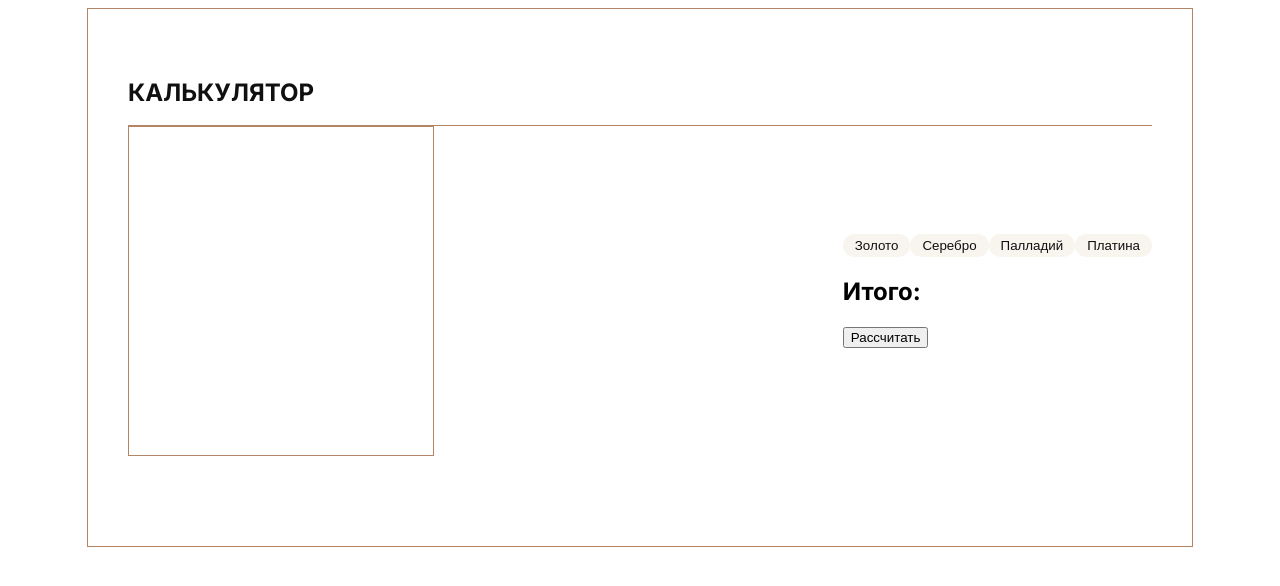
Repository: Kirill2034/Calculator-metal
Page: /
An editor plug-in stored every save of this project. The page is shown before and after the next save, followed by the edit.
The browser window is 1280 px wide. The pictures show the whole page.
The project was rebuilt for these pictures with package versions that can differ from the ones it lists, and the page was loaded fresh each time.

Above is the page before, as saved 2021-11-27 18:34:09.

### public/index.html
<!DOCTYPE html>
<html lang="en">
  <head>
    <meta charset="utf-8" />
    <meta name="viewport" content="width=device-width, initial-scale=1" />

    <link rel="preconnect" href="https://fonts.googleapis.com">
    <link rel="preconnect" href="https://fonts.gstatic.com" crossorigin>
    <link href="https://fonts.googleapis.com/css2?family=Inter:wght@300;400;500;700&display=swap" rel="stylesheet">

    <title>Калькулятор</title>
  </head>
  <body>
    <div id="root"></div>
  </body>
</html>

### src/App.js
import React, { useState } from 'react';
import './App.css';
import {BtnRadio} from './components/BtnRadio';

const metals = [
  {
    id: 1,
    code: "gold",
    title: "Золото",
    finenessList: [
      {id: 1, value: 375, cash: 90, checkingAccount: 100},
      {id: 1, value: 575, cash: 190, checkingAccount: 250}
    ]
  },
  {
    id: 2,
    code: "argent",
    title: "Серебро",
    finenessList: [
      {id: 1, value: 375, cash: 90, checkingAccount: 100},
      {id: 1, value: 575, cash: 190, checkingAccount: 250}
    ]
  },
  {
    id: 3,
    code: "palladium",
    title: "Палладий",
    finenessList: [
      {id: 1, value: 375, cash: 90, checkingAccount: 100},
      {id: 1, value: 575, cash: 190, checkingAccount: 250}
    ]
  },
  {
    id: 4,
    code: "platinum",
    title: "Платина",
    finenessList: [
      {id: 1, value: 375, cash: 90, checkingAccount: 100},
      {id: 1, value: 575, cash: 190, checkingAccount: 250}
    ]
  },
]

const App = () => {

  const [selectedMetalId, setselectedMetalId] = useState(null);

  const onMetalItemClick = (id) => {
    setselectedMetalId(id);
  };

  return (
    <div className="App">
      <div className="title">
        <h2>Калькулятор</h2>
      </div>
      <div className="calculator">
        <div className="metal-image"></div>
        <div className="content">
          <div className="check-metal">
            {metals.map((metal) => (
            <BtnRadio
              key={metal.id}
              item={metal}
              selected={selectedMetalId === metal.id}
              onClick={onMetalItemClick}
              />
          ))}
          </div>
          <div className="select-prop-metal"></div>
          <div className="calculate">
            <h2>Итого:</h2>
            <button>Рассчитать</button>
          </div>
        </div>
      </div>
    </div>
  );
}

export default App;

### src/App.css
.App {width: 1024px; height: 537px; border: 1px solid #B48565; margin: 0 auto; font-family: 'Inter', sans-serif; padding: 0 40px;}
.App .title {border-bottom: 1px solid #B48565; text-transform: uppercase; font-weight: 900; font-size: 16px; line-height: 24px; color: #101010; margin-top: 72px;}

.App .calculator {display: flex; align-items: center; justify-content: space-between;}
.App .calculator .metal-image {width: 304px; height: 328px; border: 1px solid #B48565}

### src/components/BtnRadio/index.js
import BtnRadio from './BtnRadio.js';
export {BtnRadio};

### src/components/BtnRadio/BtnRadio.js
import React from 'react';
import './BtnRadio.css';
import cn from "classnames";

const BtnRadio = ({item, selected, onClick}) => {
    return (
        <button
            className={cn("BtnRadio", {selected})}
            onClick={() => onClick(item.id)}
        >{item.title}</button>
    )
}

export default BtnRadio;

### src/components/BtnRadio/BtnRadio.css
.BtnRadio {border: none; box-shadow: none; outline: none; background: #F8F5EE; border-radius: 100px; padding: 4px 12px; color: #101010};
.BtnRadio:hover {border: 1px solid #B48565; cursor: pointer;}
.BtnRadio.selected {color: #F8F5EE; background: #B48565;}

Loaded but not shown: src/index.js (common file)

After the next save:
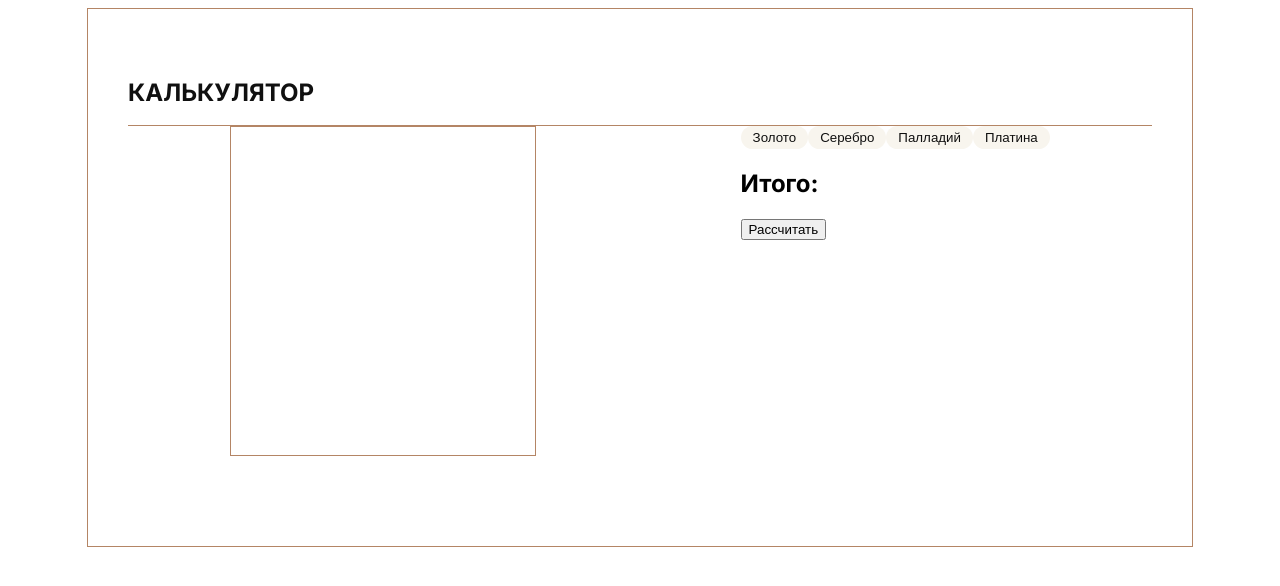
Saved 14 s later.
--- a/src/App.css
+++ b/src/App.css
@@ -1,5 +1,5 @@
 .App {width: 1024px; height: 537px; border: 1px solid #B48565; margin: 0 auto; font-family: 'Inter', sans-serif; padding: 0 40px;}
 .App .title {border-bottom: 1px solid #B48565; text-transform: uppercase; font-weight: 900; font-size: 16px; line-height: 24px; color: #101010; margin-top: 72px;}
 
-.App .calculator {display: flex; align-items: center; justify-content: space-between;}
+.App .calculator {display: flex;  justify-content: space-around;}
 .App .calculator .metal-image {width: 304px; height: 328px; border: 1px solid #B48565}
